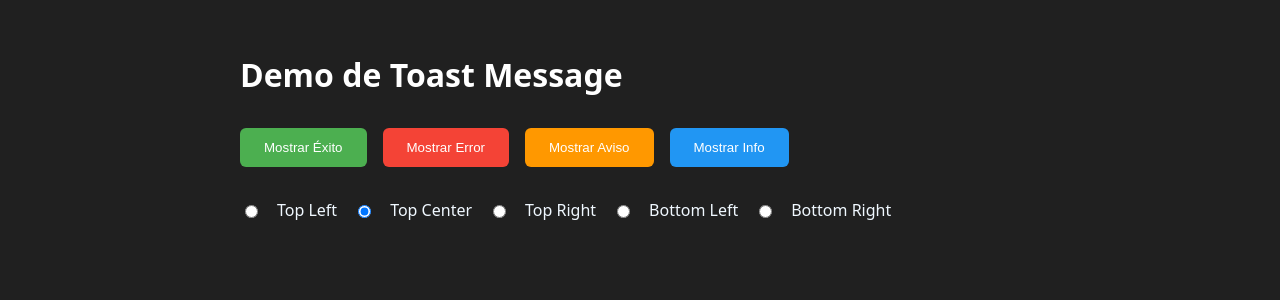
Repository: aitorcachero/aicadev-toast-message
Page: index.html
An editor plug-in stored every save of this project. The page is shown before and after the next save, followed by the edit.
The browser window is 1280 px wide. The pictures show the whole page.

Above is the page before, as saved 2025-05-22 17:04:13.

After the next save:
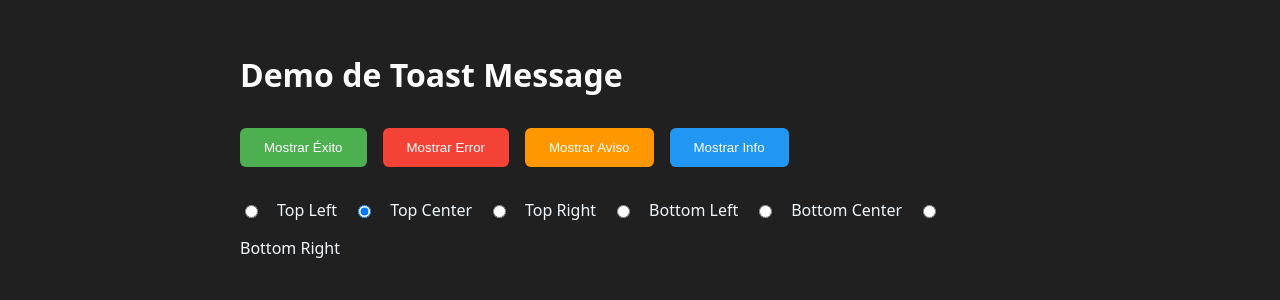
Saved 19 s later.
--- a/index.html
+++ b/index.html
@@ -90,6 +90,8 @@
     <label for="top-right">Top Right</label>
     <input type="radio" id="bottom-left" name="position" value="bottom-left">
     <label for="bottom-left">Bottom Left</label>
+    <input type="radio" id="bottom-center" name="position" value="bottom-center">
+    <label for="bottom-center">Bottom Center</label>
     <input type="radio" id="bottom-right" name="position" value="bottom-right">
     <label for="bottom-right">Bottom Right</label>
 
